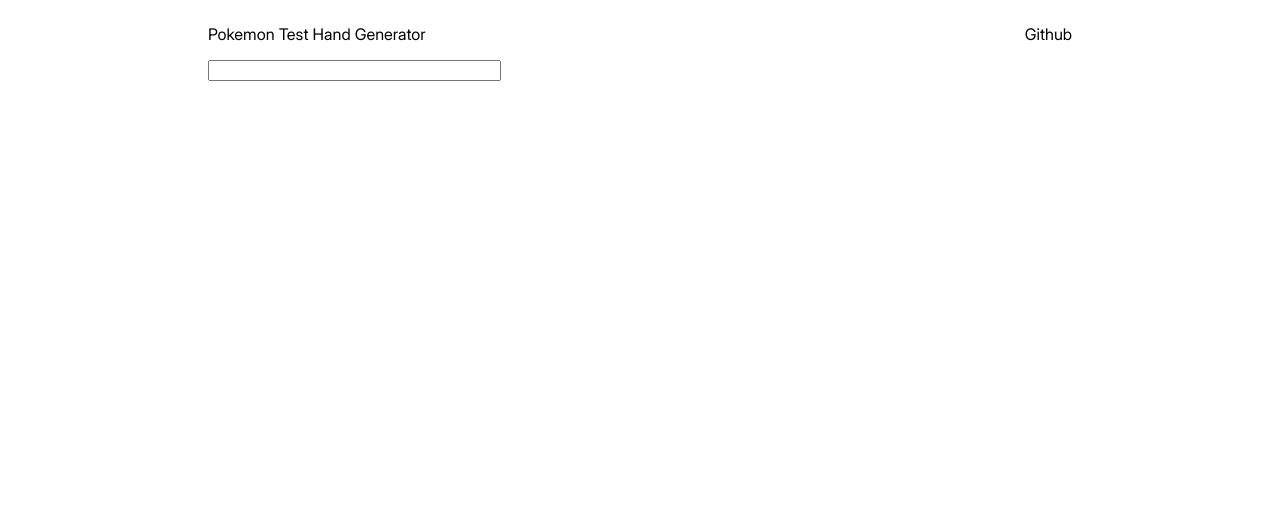
Repository: danielj1415/test-hand-simulator
Page: /
An editor plug-in stored every save of this project. The page is shown before and after the next save, followed by the edit.
The browser window is 1280 px wide. The pictures show the whole page.
The project was rebuilt for these pictures with package versions that can differ from the ones it lists, and the page was loaded fresh each time. Also part of the build but not shown: vite.config.ts, src/index.css.

Above is the page before, as saved 2024-10-30 17:43:59.

### src/App.tsx
import { useState } from 'react'
import './App.css'
import { Outlet, Link } from "react-router-dom";

function App() {

  const [deckList, setDeckList] = useState({
    deck: ''
  })

  // Handle input changes
  const handleChange = (e: { target: { name: any; value: any; }; }) => {
    const { name, value } = e.target;
    setDeckList((prevData) => ({
      ...prevData,
      [name]: value
    }));
  };

  // Handle form submission
  const handleSubmit = (e: { preventDefault: () => void; }) => {
    e.preventDefault(); // Prevents the default form submission behavior
    // Process the form data here (e.g., send to an API)
  };

  return (
    <div>
      <div className = "mainContainer">
        <div className = "navigationBar">
          <p>Pokemon Test Hand Generator</p>
          <p>Github</p>
        </div>
        <div className = "mainBody">
          <div className = "inputDeck">
            <form onSubmit = {handleSubmit}>
              <div>
                <label htmlFor="deck"></label>
                <input type="text" id="deck" name="deck" value={deckList.deck} onChange={handleChange}/>
              </div>
            </form>
          </div>
          <div className = "testHands"></div>
        </div>
      </div>
    </div>
  )
}

export default App

### src/App.css

@import "./fonts.css";

.mainContainer{
  margin-left: 200px;
  margin-right: 200px;
}

.navigationBar{
  display: flex;
  align-items: center;
  justify-content: space-between;
  margin-top: 8px;
}

p{
  font-size: 16px;
  font-family: "Inter";
}

.mainBody{
  display: flex;
  align-items:flex-start;
  justify-content: space-between;
}

.inputDeck{
  width: 33%;
  background-color: rgb(196, 196, 196);
  border-radius: 8px;
}

.testHands{
  width: 66%;
  background-color: rgb(198, 198, 198);
  border-radius: 8px;
}

input{
  width: 100%;
}

### src/fonts.css
@font-face {
    font-family: "Inter";
    src: url("/src/assets/fonts/Inter_28pt-Regular.ttf");
  }

Loaded but not shown: index.html (common file); src/main.tsx (common file)

After the next save:
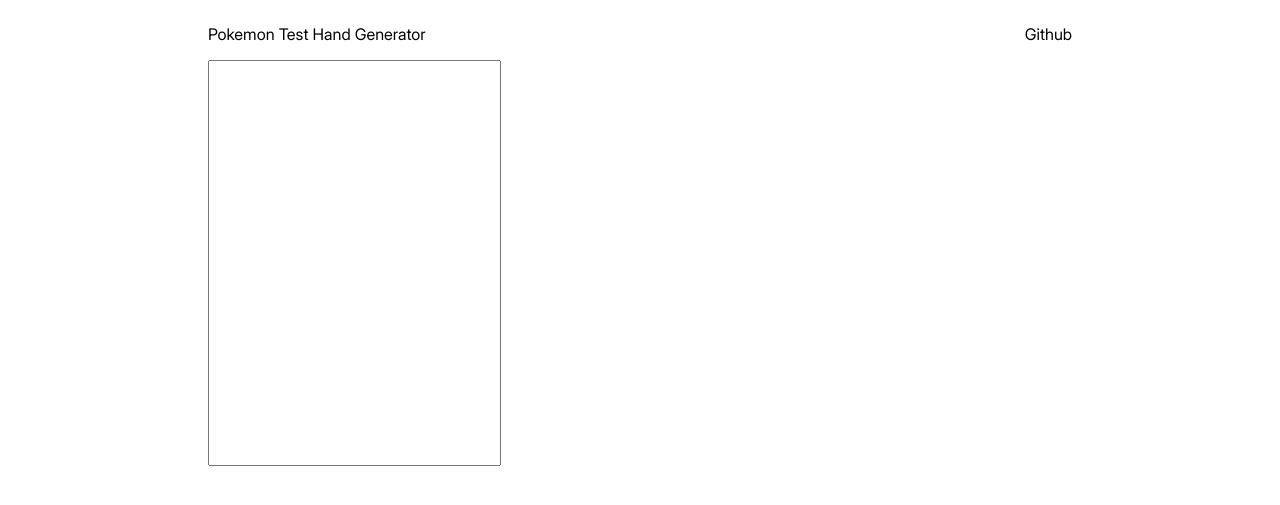
Saved 7 s later.
--- a/src/App.css
+++ b/src/App.css
@@ -38,4 +38,5 @@ p{
 
 input{
   width: 100%;
+  height: 400px;
 }
